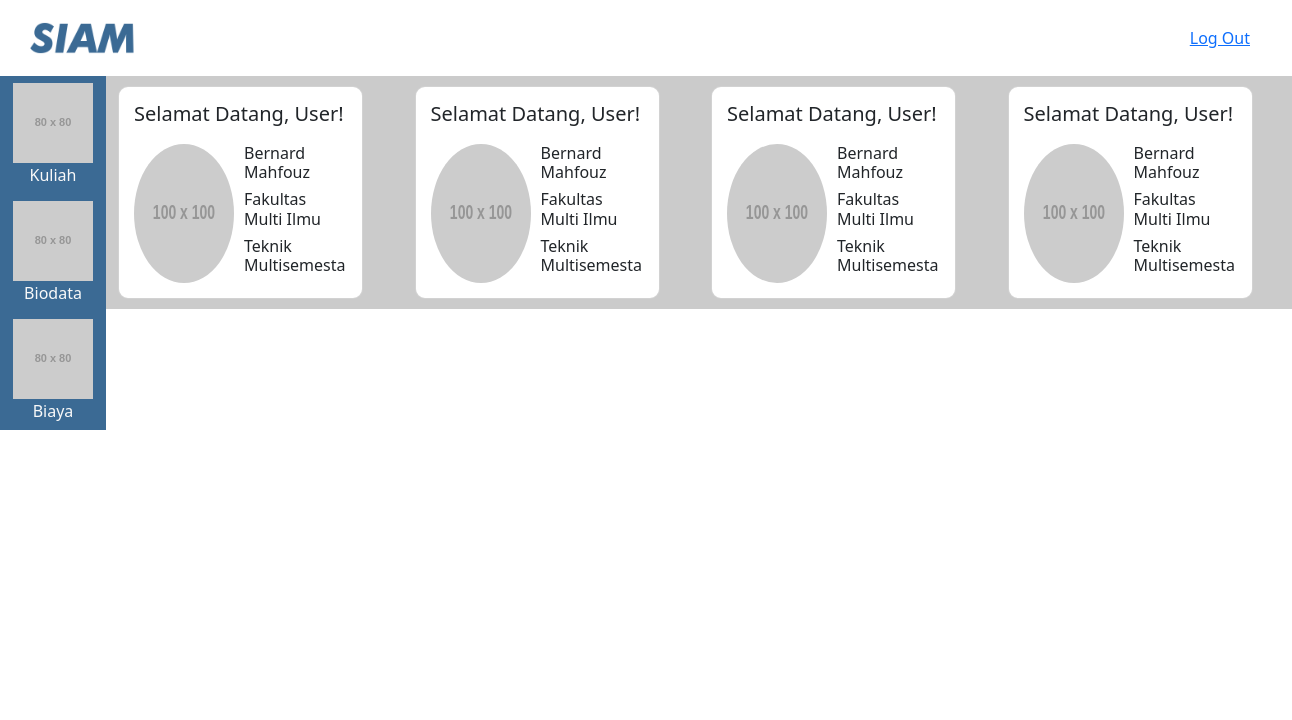
Repository: haikalirf/Project-IMK
Page: kuliah.html
The author's editor kept a copy of each file at every save. The page is drawn from the files as they stood at one save, then again after the next save.
The browser window is 1280 px wide. The page is 1292 px wide, so the pictures cover 1292 px, including what lies to the right of the window. The pictures show the whole page.

Above is the page before, as saved 2022-12-10 13:54:05.

### kuliah.html
<!DOCTYPE html>
<html lang="en">
<head>
	<meta charset="UTF-8">
	<meta http-equiv="X-UA-Compatible" content="IE=edge">
	<meta name="viewport" content="width=device-width, initial-scale=1.0">
	<title>SIAM</title>
	<link rel="icon" href="/assets/logo_ub.ico">
	<link rel="stylesheet" href="https://cdn.jsdelivr.net/npm/bootstrap@5.2.3/dist/css/bootstrap.min.css" integrity="sha384-rbsA2VBKQhggwzxH7pPCaAqO46MgnOM80zW1RWuH61DGLwZJEdK2Kadq2F9CUG65" crossorigin="anonymous">
	<link rel="stylesheet" href="/styles/kuliah.css">
</head>
<body>
	<nav class="navbar" id="navbar">
		<a class="navbar-brand" href="/kuliah.html">
			<img id="navbar-image" src="/assets/SIAM.png" alt="SIAM">
		</a>
		<a class="navbar-link" href="#">Log Out</a>
	</nav>
	<div id="content">
		<div id="sidebar">
			<a class="btn" href="">
				<img id="sidebar-kuliah" src="https://via.placeholder.com/80" alt="Kuliah">
				<br>
				<label for="sidebar-kuliah">Kuliah</label>
			</a>
			<a class="btn" href="">
				<img id="sidebar-biodata" src="https://via.placeholder.com/80" alt="Biodata">
				<br>
				<label for="sidebar-biodata">Biodata</label>
			</a>
			<a class="btn" href="">
				<img id="sidebar-biaya" src="https://via.placeholder.com/80" alt="Biaya">
				<br>
				<label for="sidebar-biaya">Biaya</label>
			</a>
		</div>
		<main>
			<div class="row main-rows">
				<div class="col">
					<div class="card" id="card-user">
						<h5 class="card-title">Selamat Datang, User!</h5>
						<div class="card-body">
							<img class="rounded-circle" src="https://via.placeholder.com/100" alt="User Image">
							<div class="card-text-group">
								<h6>Bernard Mahfouz</h6>
								<h6>Fakultas Multi Ilmu</h6>
								<h6>Teknik Multisemesta</h6>
							</div>
						</div>
					</div>
				</div>
				<div class="col">
					<div class="card" id="card-user">
						<h5 class="card-title">Selamat Datang, User!</h5>
						<div class="card-body">
							<img class="rounded-circle" src="https://via.placeholder.com/100" alt="User Image">
							<div class="card-text-group">
								<h6>Bernard Mahfouz</h6>
								<h6>Fakultas Multi Ilmu</h6>
								<h6>Teknik Multisemesta</h6>
							</div>
						</div>
					</div>
				</div>
				<div class="col">
					<div class="card" id="card-user">
						<h5 class="card-title">Selamat Datang, User!</h5>
						<div class="card-body">
							<img class="rounded-circle" src="https://via.placeholder.com/100" alt="User Image">
							<div class="card-text-group">
								<h6>Bernard Mahfouz</h6>
								<h6>Fakultas Multi Ilmu</h6>
								<h6>Teknik Multisemesta</h6>
							</div>
						</div>
					</div>
				</div>
				<div class="col">
					<div class="card" id="card-user">
						<h5 class="card-title">Selamat Datang, User!</h5>
						<div class="card-body">
							<img class="rounded-circle" src="https://via.placeholder.com/100" alt="User Image">
							<div class="card-text-group">
								<h6>Bernard Mahfouz</h6>
								<h6>Fakultas Multi Ilmu</h6>
								<h6>Teknik Multisemesta</h6>
							</div>
						</div>
					</div>
				</div>
			</div>

		</main>
	</div>
	<script src="https://cdn.jsdelivr.net/npm/bootstrap@5.2.3/dist/js/bootstrap.bundle.min.js" integrity="sha384-kenU1KFdBIe4zVF0s0G1M5b4hcpxyD9F7jL+jjXkk+Q2h455rYXK/7HAuoJl+0I4" crossorigin="anonymous"></script>
</body>
</html>

### styles/kuliah.css
*, *::before, *::after {
	box-sizing: border-box;
}

#navbar {
	display: flex;
	justify-content: space-between;
	margin: 0px 30px;
}

#navbar-image {
	height: 50px;
}

#content {
	display: flex;
}

#sidebar {
	background-color: #3b6a94;
	display: flex;
	flex-direction: column;
}

a img, a label {
	color: #f9f9f9;
}

main {
	width: 100%;
}

.main-rows{
	background-color: #cbcbcb;
	margin-left: 0px;
}

.card {
	margin: 10px 0px;
	padding: 15px;
	border-radius: 10px;
	width: 90%;
}

.card-body{
	display: flex;
	padding: 10px 0px 0px;
}

.card-text-group {
	margin-left: 10px;
	display: flex;
	flex-direction: column;
	justify-content: space-between;
}

After the next save:
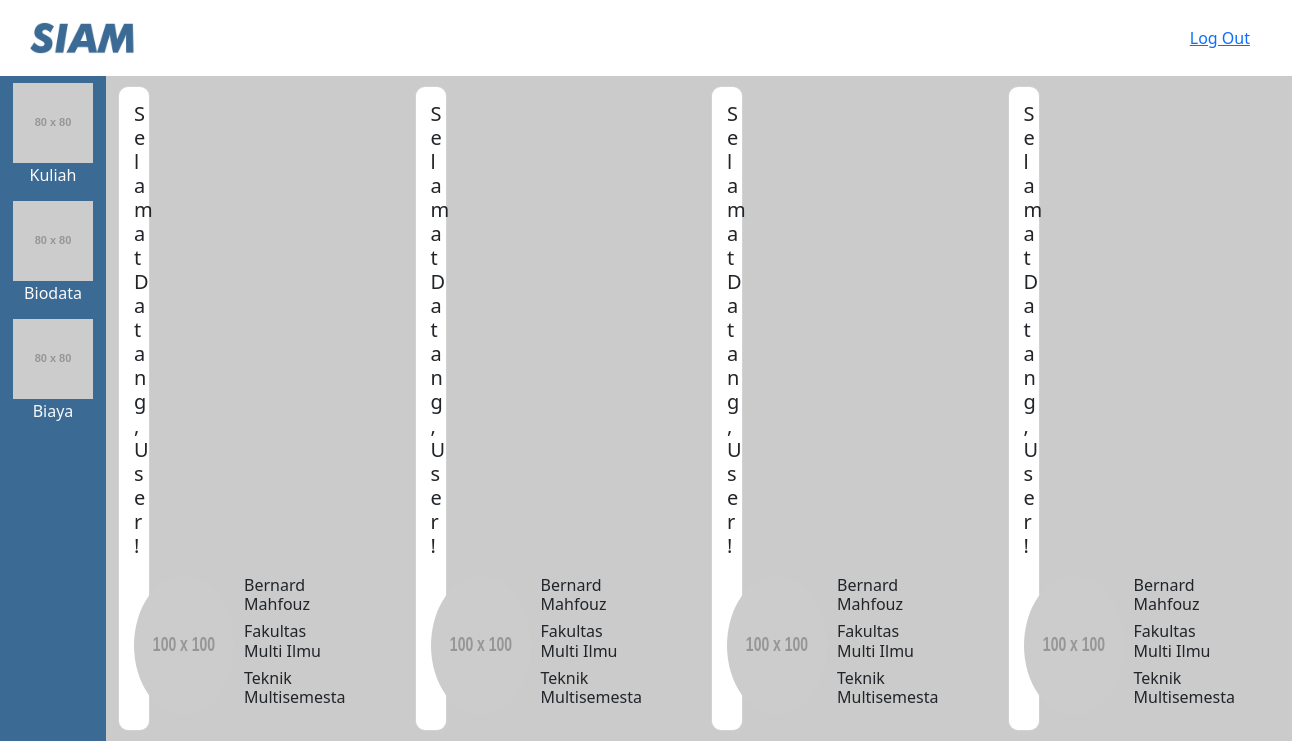
Saved 12 s later.
--- a/styles/kuliah.css
+++ b/styles/kuliah.css
@@ -39,7 +39,7 @@
 	margin: 10px 0px;
 	padding: 15px;
 	border-radius: 10px;
-	width: 90%;
+	width: 10%;
 }
 
 .card-body{

After the save that followed:
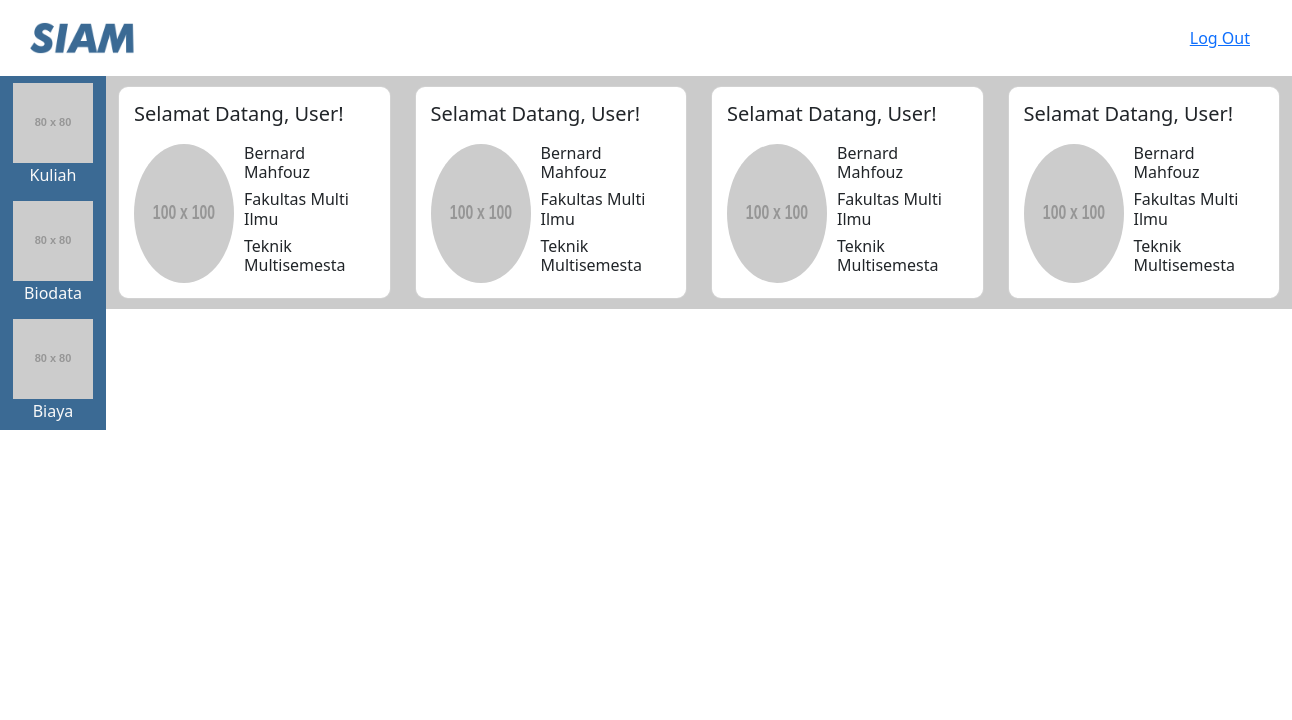
Saved 13 s later.
--- a/styles/kuliah.css
+++ b/styles/kuliah.css
@@ -39,7 +39,6 @@
 	margin: 10px 0px;
 	padding: 15px;
 	border-radius: 10px;
-	width: 10%;
 }
 
 .card-body{
